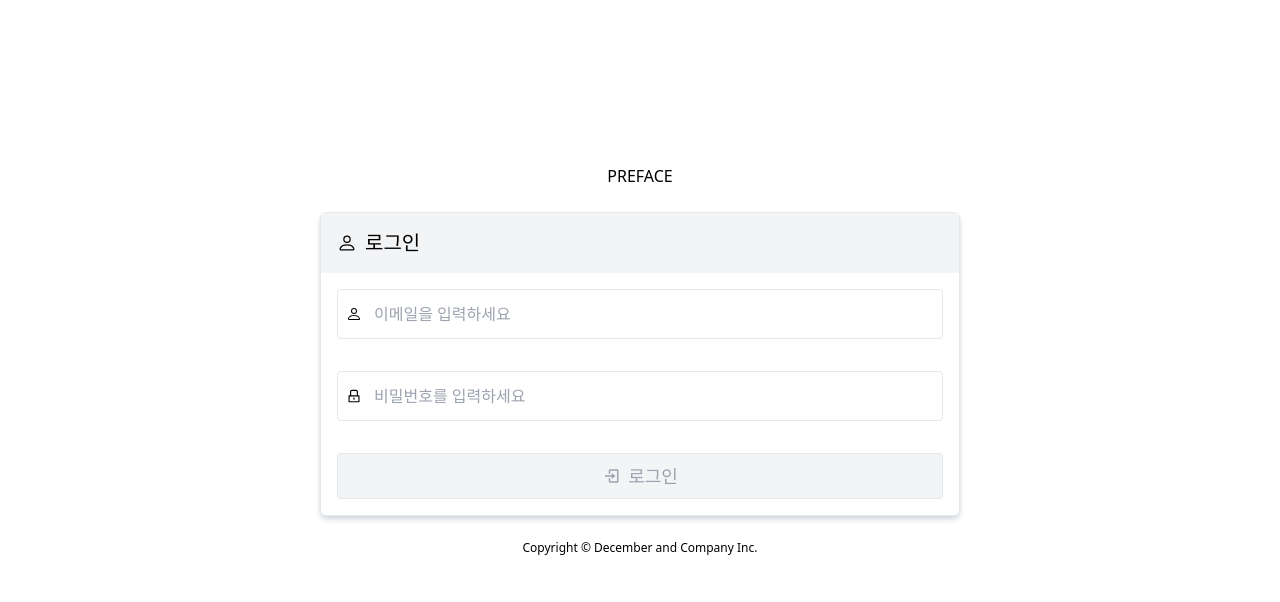
Repository: wanted-pre-onboarding-4/pre-onboarding-assignment-week-4-1-team-4
Page: /login (app in client/)
These files come from the project's save history. The page is drawn as it stood at one moment and after the next save; the edit follows.
The browser window is 1280 px wide. The pictures show the whole page.
The project was rebuilt for these pictures with package versions that can differ from the ones it lists, and the page was loaded fresh each time. Also part of the build but not shown: client/src/components/Footer.jsx, client/src/components/Header.jsx, client/src/components/Sider.jsx, client/src/components/Layout.jsx.

Above is the page before, as saved 2022-09-20 21:30:14.

After the next save:
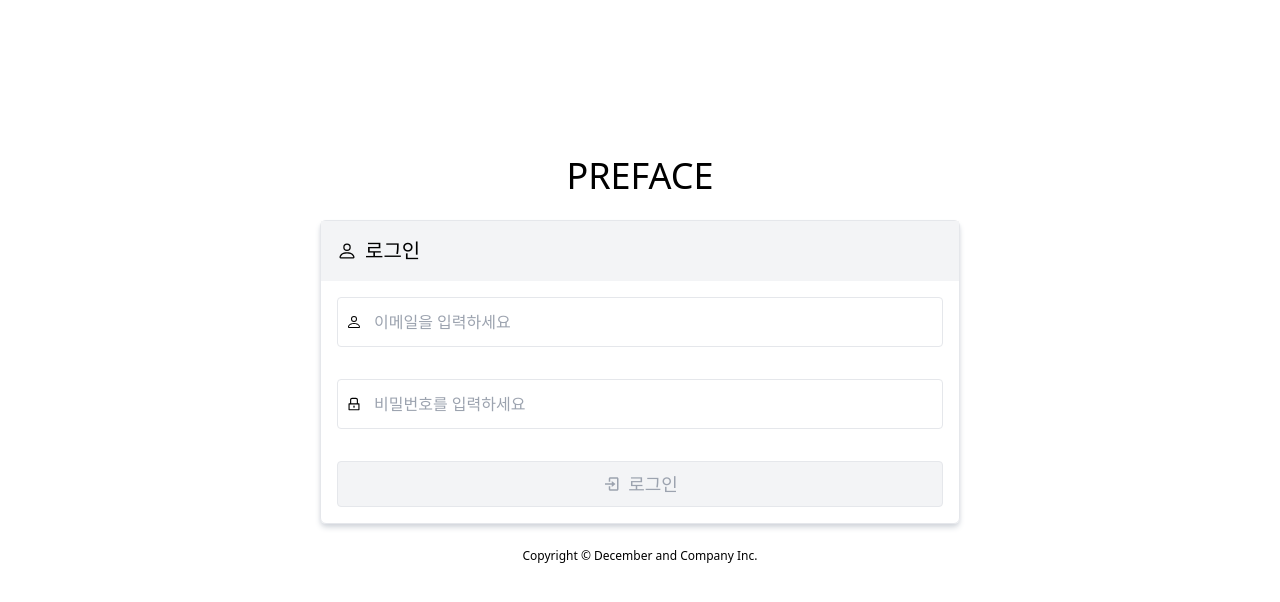
Saved 48 s later.
--- a/client/src/pages/login/Login.jsx
+++ b/client/src/pages/login/Login.jsx
@@ -6,7 +6,7 @@ import { BiLogIn } from 'react-icons/bi';
 const Login = () => {
   return (
     <div className='flex flex-col justify-center items-center w-full gap-y-6'>
-    <h1>PREFACE</h1>
+    <h1 className='text-4xl'>PREFACE</h1>
       <div className='border-solid border-[1px] rounded-md shadow-md shadow-gray-300 w-1/2'>
         <div className="flex items-center justify-start space-x-2 p-4 font-medium text-xl bg-gray-100">
           <BsPerson />
